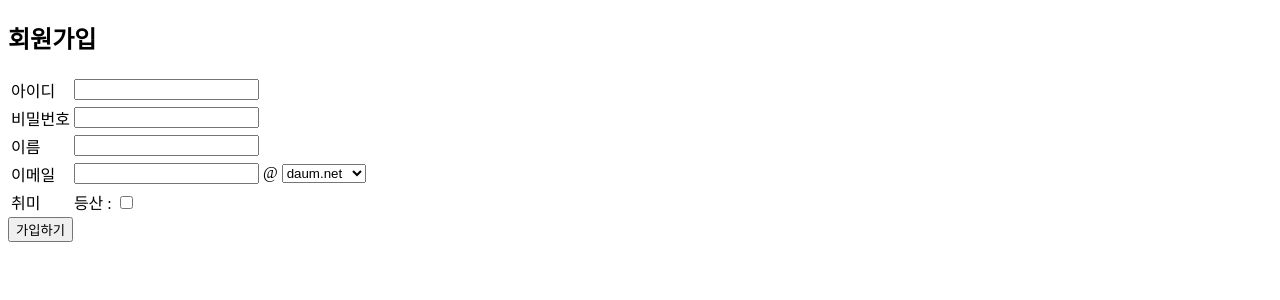
Repository: Idooru/academy_servlet
Page: pro07/WebContent/memberForm.html
The author's editor kept a copy of each file at every save. The page is drawn from the files as they stood at one save, then again after the next save.
The browser window is 1280 px wide. The pictures show the whole page.

Above is the page before, as saved 2023-09-07 07:24:11.

### pro07/WebContent/memberForm.html
<!DOCTYPE html>
<html>

<head>
	<meta charset="UTF-8">
	<title>JOIN FORM</title>
	<script type="text/javascript">
		function fn_sendMember() {
			let frmMember = document.frmMember;
			let id = frmMember.id.value;
			let pwd = frmMember.pwd.value;
			let name = frmMember.name.value;
			let email = frmMember.email.value;

			if (!id) {
				alert("아이디는 필수입니다.");
			} else if (!pwd) {
				alert("비밀번호는 필수입니다.");
			} else if (!name) {
				alert("이름은 필수입니다.");
			} else if (!email) {
				alert("이메일은 필수입니다.");
			} else {
				frmMember.method = "post";
				frmMember.action = "member";
				frmMember.submit();
			}
		}
	</script>
</head>

<body>

	<form name="frmMember">
		<h2>회원가입</h2>
		<table>
			<tr>
				<td>아이디</td>
				<td><input type="text" name="id" /></td>
			</tr>
			<tr>
				<td>비밀번호</td>
				<td><input type="password" name="pwd" /></td>
			</tr>
			<tr>
				<td>이름</td>
				<td><input type="text" name="name" /></td>
			</tr>
			<tr>
				<td>이메일</td>
				<td>
					<input type="text" name="email" />
					@
					<select name="edomain">
						<option value="daum.net">daum.net</option>
						<option value="naver.com">naver.com</option>
					</select>
				</td>
			</tr>
			<tr>
				<td>취미</td>
				<td>
					등산 : <input type="checkbox" name="hobby" value="등산" />
				</td>
			</tr>
		</table>
		<input type="button" value="가입하기" onclick="fn_sendMember()" />
		<input type="hidden" name="command" value="addMember" />
	</form>
</body>

</html>

After the next save:
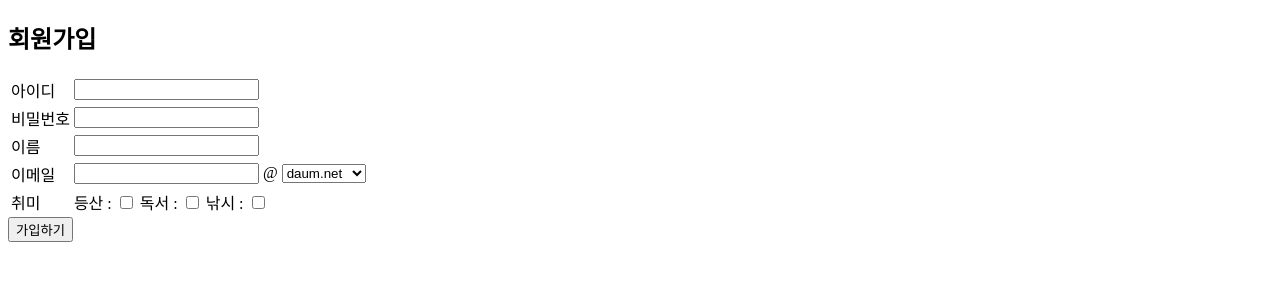
Saved 26 s later.
--- a/pro07/WebContent/memberForm.html
+++ b/pro07/WebContent/memberForm.html
@@ -61,6 +61,8 @@
 				<td>취미</td>
 				<td>
 					등산 : <input type="checkbox" name="hobby" value="등산" />
+					독서 : <input type="checkbox" name="hobby" value="독서" />
+					낚시 : <input type="checkbox" name="hobby" value="낚시" />
 				</td>
 			</tr>
 		</table>
